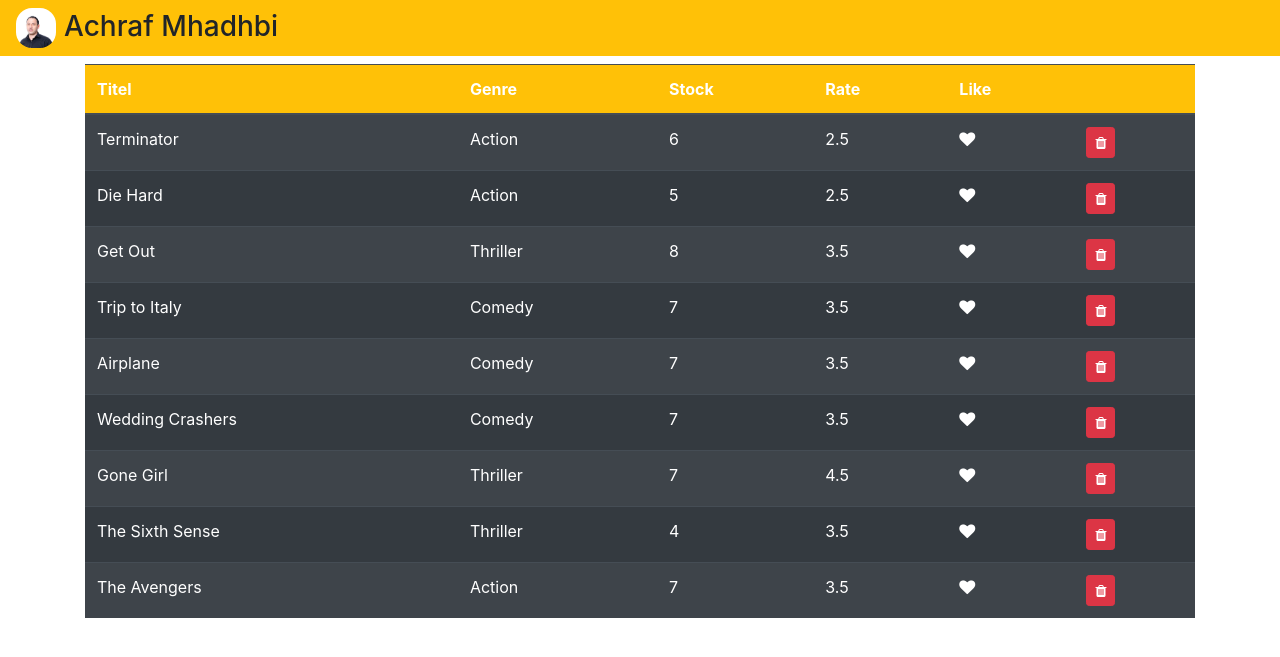
Repository: AMhadhbi/TecMovies-web-app
Page: /
An editor plug-in stored every save of this project. The page is shown before and after a run of saves, followed by the edit.
The browser window is 1280 px wide. The pictures show the whole page.
The project was rebuilt for these pictures with package versions that can differ from the ones it lists, and the page was loaded fresh each time.

Above is the page before, as saved 2021-03-08 21:15:42.

After the next 2 saves:
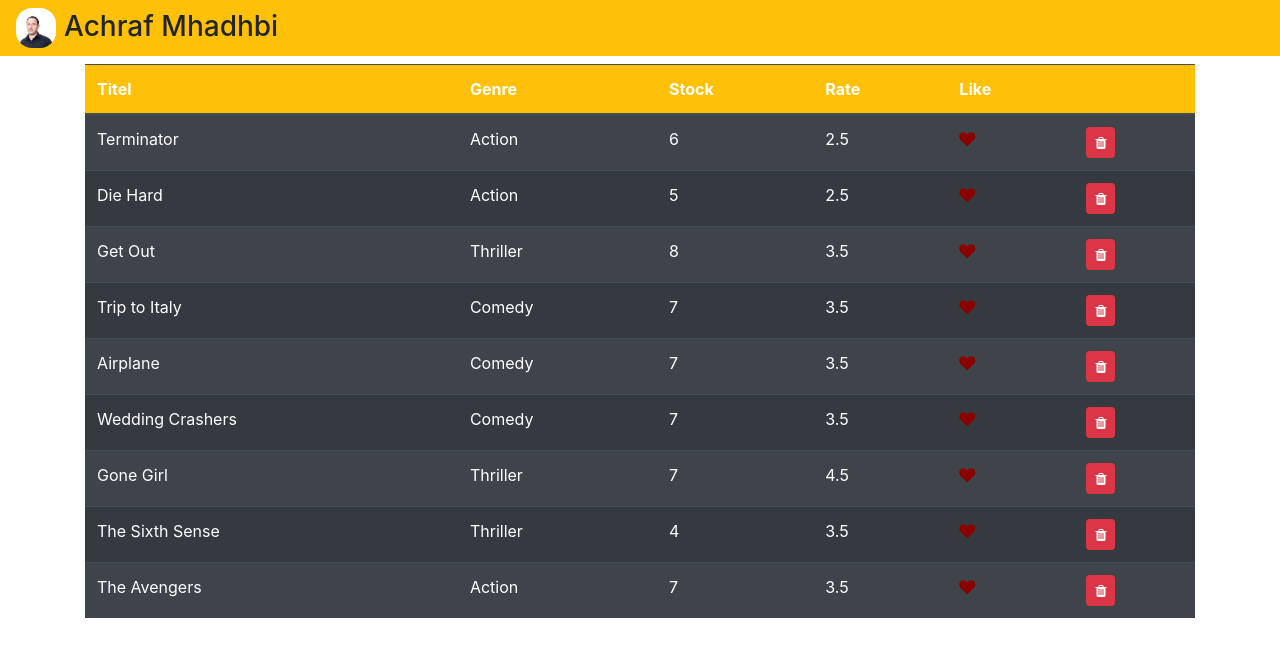
The 2 saves are shown as one change because 1 did not build or start.
The last was saved 60 s later.
--- a/src/components/movies.jsx
+++ b/src/components/movies.jsx
@@ -1,5 +1,6 @@
 import React, { Component } from 'react';
 import { getMovies } from '../services/fakeMovieService';
+import Like from './like';
 
 class Movies extends Component {
     state = {
@@ -26,7 +27,8 @@ class Movies extends Component {
                     <td>{movie.genre.name}</td>
                     <td>{movie.numberInStock}</td>
                     <td>{movie.dailyRentalRate}</td>
-                    <td ><i className="fa fa-heart"></i>
+                    <td >
+                      <Like/>
                     </td>
                     <td>
                     <button className="btn btn-danger btn-sm">
--- a/src/components/like.jsx
+++ b/src/components/like.jsx
@@ -4,4 +4,4 @@ const Like = (props) => {
      );
 }
 
-export default Like;props
+export default Like;
